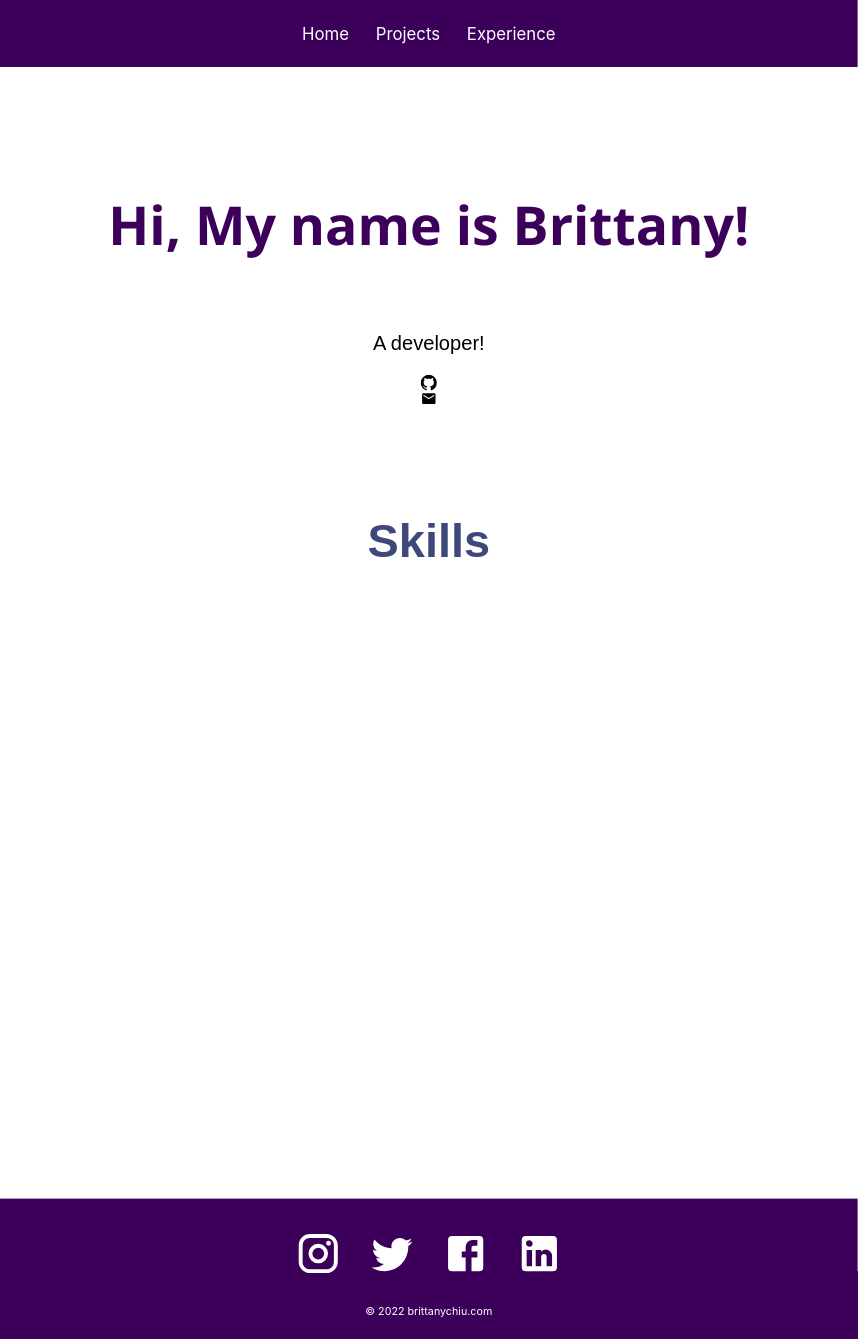
Repository: chiubacca94/chiufolio
Page: /
These files come from the project's save history. The page is drawn as it stood at one moment and after the next save; the edit follows.
The browser window is 1280 px wide. The pictures show the whole page, at 67% of full size.
The project was rebuilt for these pictures with package versions that can differ from the ones it lists, and the page was loaded fresh each time. Also part of the build but not shown: src/components/Projects/Projects.js, src/components/Experiences/Experiences.js.

Above is the page before, as saved 2022-07-04 04:25:02.

### src/App.js
import './App.css';
import { BrowserRouter as Router, Routes, Route } from 'react-router-dom';
import Navbar from './components/NavBar/Navbar';
import Home from './components/Home/Home';
import Projects from './components/Projects/Projects';
import Experiences from './components/Experiences/Experiences';
import Footer from './components/Footer/Footer';

function App() {
  return (
    <div className="App">
      <Router>
        <Navbar />
        <Routes>
          <Route path="/" element={ <Home /> }></Route>
          <Route path="/projects" element={ <Projects /> }></Route>
          <Route path="/" element={ <Experiences /> }></Route>
        </Routes>
        <Footer />
      </Router>
    </div>
  );
}

export default App;

### src/App.css
.App {
  text-align: center;
}

body {
  margin: 0px;
  padding: 0px;
}

### src/components/NavBar/Navbar.js
import React, {useEffect, useState} from "react";
import { Link, useLocation } from "react-router-dom";
import ReorderIcon from '@material-ui/icons/Reorder';
import "./Navbar.css"

function Navbar() {
    // NavBr States
    const [ expandNavbar, setExpandNavbar ] = useState(false)
    const location = useLocation();

    // use when location changes and set navbar to false
    useEffect(() => {
        setExpandNavbar(false);
    }, [location])

    return (
        // id will change based on state
        <div className="navbar" id={expandNavbar ? "open" : "close"}>
            <div className="toggleButton">
                <button onClick={() => { setExpandNavbar((prev) => !prev) }}>
                    <ReorderIcon></ReorderIcon>
                </button>
            </div>
            <div className="links">
                <Link to="/"> Home </Link>
                <Link to="/projects"> Projects </Link>
                <Link to="/experience"> Experience </Link>
            </div>
        </div>
    )
}

export default Navbar;

### src/components/Home/Home.js
import React from 'react'
import GitHubIcon from '@material-ui/icons/GitHub'
import EmailIcon from '@material-ui/icons/Email'

import './Home.css'

export default function Home() {
  return (
    <div className='home'>
        <div className='about'>
            <h2>Hi, My name is Brittany!</h2>
            <div className='prompt'><p> A developer!</p></div>
            <GitHubIcon />
            <EmailIcon />
        </div>
        <div className='skills'>
            <h1>Skills</h1>
            <ol className='list'>
                <li className='item'>
                    <h2>Full Stack Technologies</h2>
                    <span>Angular, AngularJS, React, HTML, CSS, SpringBoot, NodeJS, MongoDB, PostGres</span>
                </li>
                <li className='item'>
                    <h2>Automation, Orchestration, and Other Services</h2>
                    <span>AWS, Jenkins, Puppet, Git</span>
                </li>
                <li className='item'>
                    <h2>Programming Languages</h2>
                    <span>Python, JavaScript, TypeScript, Java, C++</span>
                </li>
            </ol>
        </div>
    </div>
  )
}

### src/components/Footer/Footer.js
import React from 'react';
import InstagramIcon  from '@material-ui/icons/Instagram';
import TwitterIcon from '@material-ui/icons/Twitter';
import FacebookIcon from '@material-ui/icons/Facebook';
import LinkedInIcon from '@material-ui/icons/LinkedIn';
import './Footer.css'

export default function Footer() {
  return (
    <div className='footer'>
        <div className='socialMedia'>
            <InstagramIcon />
            <TwitterIcon />
            <FacebookIcon />
            <LinkedInIcon />
        </div>
        <p>&copy; 2022 brittanychiu.com</p>
    </div>
  )
}

### src/components/NavBar/Navbar.css
.navbar {
    width: 100%;
    height: 100px;
    background: #3c005a;
  }

  .links {
    width: 100%;
    height: 100%;
    display: flex;
    align-items: center;
    justify-content: center;
    color: white;
  }

  .navbar a {
    color: white;
    text-decoration: none;
    margin: 20px;
    font-size: 25px;
  }

  .toggleButton {
    width: 100%;
    height: 100px;
    display: flex;
    align-items: center;
    justify-content: flex-end;
  }

  .toggleButton svg {
    font-size: 50px;
  }
  .toggleButton button {
    margin-right: 20px;
    background-color: transparent;
    border: none;
    color: white;
    cursor: pointer;
  }

  #open {
    height: 100vh;
  }

  #open .links {
    flex-direction: column;
    justify-content: flex-start;
    margin-top: 100px;
  }

  #open a {
    width: 100%;
    text-align: center;
  }

  @media only screen and (max-width: 900px) {
    .navbar a {
      width: 70px;
    }
  }

  @media only screen and (max-width: 600px) {
    .toggleButton {
      display: flex;
    }
    #close a {
      display: none;
    }
  }

  @media only screen and (min-width: 600px) {
    .toggleButton {
      display: none;
    }

    .hiddenLinks {
      display: none;
    }

    #open {
      height: 100px;
    }

    #open .links {
      flex-direction: row;
    }
  }

### src/components/Home/Home.css
.home {
    width: 100%;
    align-items: center;
    font-family: "Arial", sans-serif;
    /* color: #3e497a; */
    color: white;
  }

  .about {
    width: 100%;
    height: calc(100vh - 100px);
    display: flex;
    flex-direction: column;
    justify-content: center;
    align-items: center;
    text-align: center;
    /* background-color: #21325e; */
    color: black;
  }

  .about h2 {
    font-family: "Segoe UI", Tahoma, Geneva, Verdana, sans-serif;
    font-size: 80px;
    color: #3c005a;
    min-height: 50px;
  }

  .about .prompt {
    padding-top: 10px;
    width: 40%;
    font-size: 30px;
  }
  .prompt svg {
    font-size: 60px;
    margin: 5px;
    color: white;
  }

  .skills {
    font-size: 35px;
    width: 100%;
    display: flex;
    justify-content: center;
    flex-direction: column;
    align-items: center;
  }

  .skills h1 {
    color: #3e497a;
  }

  .skills .list {
    list-style: none;
    width: 60%;
  }

  .list span {
    font-size: 20px;
  }

  @media only screen and (max-width: 905px) {
    .about h2 {
      font-size: 60px;
    }

    .about .prompt {
      margin-top: 10px;
      font-size: 20px;
      width: 80%;
    }

    .skills {
      text-align: center;
    }
    .list {
      padding: 0;
    }

    .skills h2 {
      font-size: 30px;
    }
  }

  @media only screen and (max-width: 600px) {
    .about h2 {
      font-size: 40px;
    }

    .about .prompt {
      margin-top: 10px;
      font-size: 20px;
      width: 80%;
    }

    .skills {
      text-align: center;
    }
    .list {
      padding: 0;
    }

    .skills h2 {
      font-size: 30px;
    }
  }

### src/components/Footer/Footer.css
.footer {
    width: 100%;
    height: 200px;
    background: #3c005a;
    display: flex;
    justify-content: center;
    align-items: center;
    flex-direction: column;
    padding-top: 10px;
    margin-top: 200px;
  }

  .socialMedia svg {
    color: white;
    margin: 20px;
    font-size: 70px;
    cursor: pointer;
  }

  .footer p {
    color: white;
  }

  @media only screen and (max-width: 600px) {
    .footer svg {
      font-size: 50px;
    }
  }

Loaded but not shown: public/index.html (common file); src/index.js (common file); src/index.css (common file); src/reportWebVitals.js (common file)

After the next save:
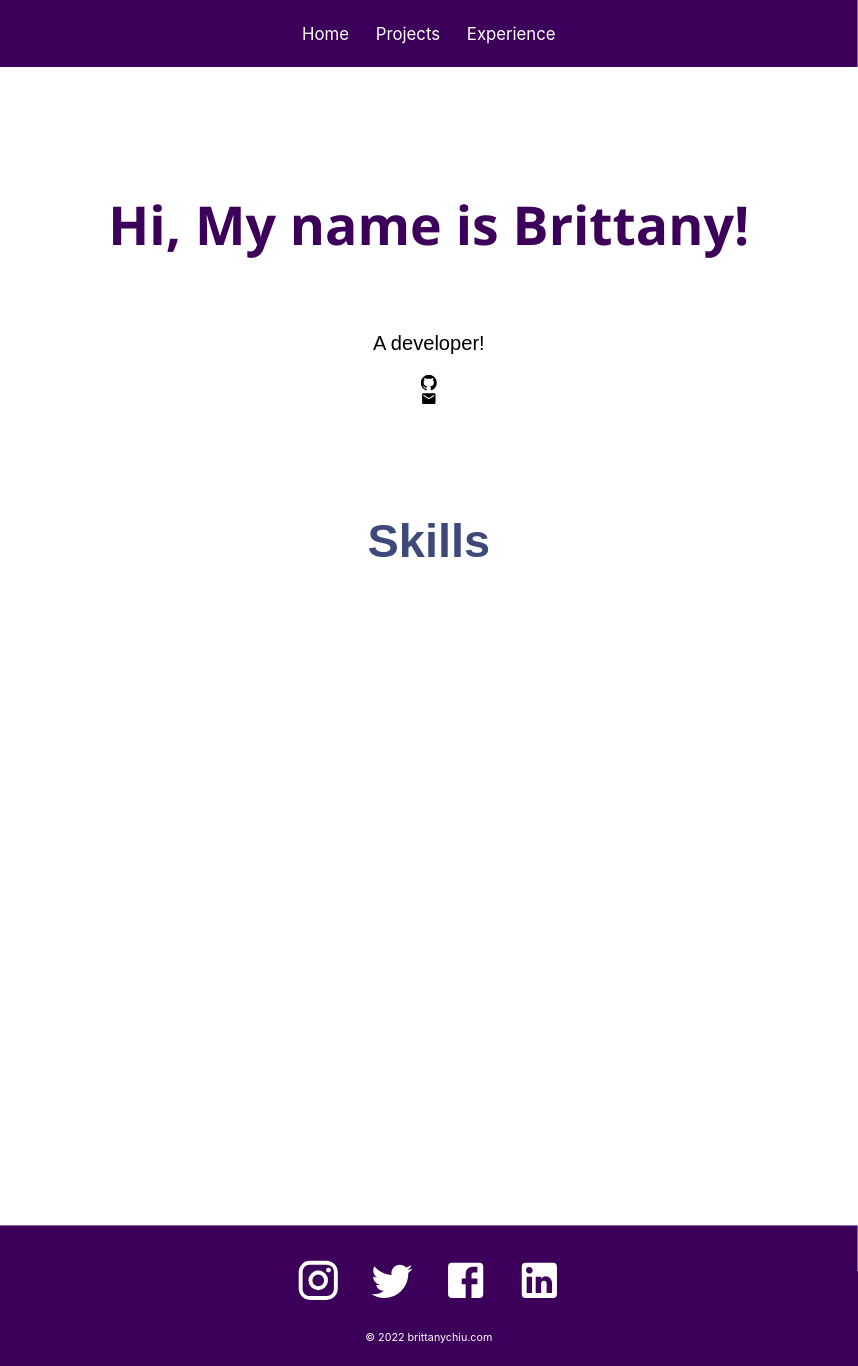
Saved 27 s later.
--- a/src/components/Home/Home.js
+++ b/src/components/Home/Home.js
@@ -19,7 +19,7 @@
                 <li className='item'>
                     <h2>Full Stack Technologies</h2>
                     <span>Angular, AngularJS, React, HTML, CSS, SpringBoot, NodeJS, MongoDB, PostGres</span>
-                </li>
+                </li>vvvv
                 <li className='item'>
                     <h2>Automation, Orchestration, and Other Services</h2>
                     <span>AWS, Jenkins, Puppet, Git</span>

After the save that followed:
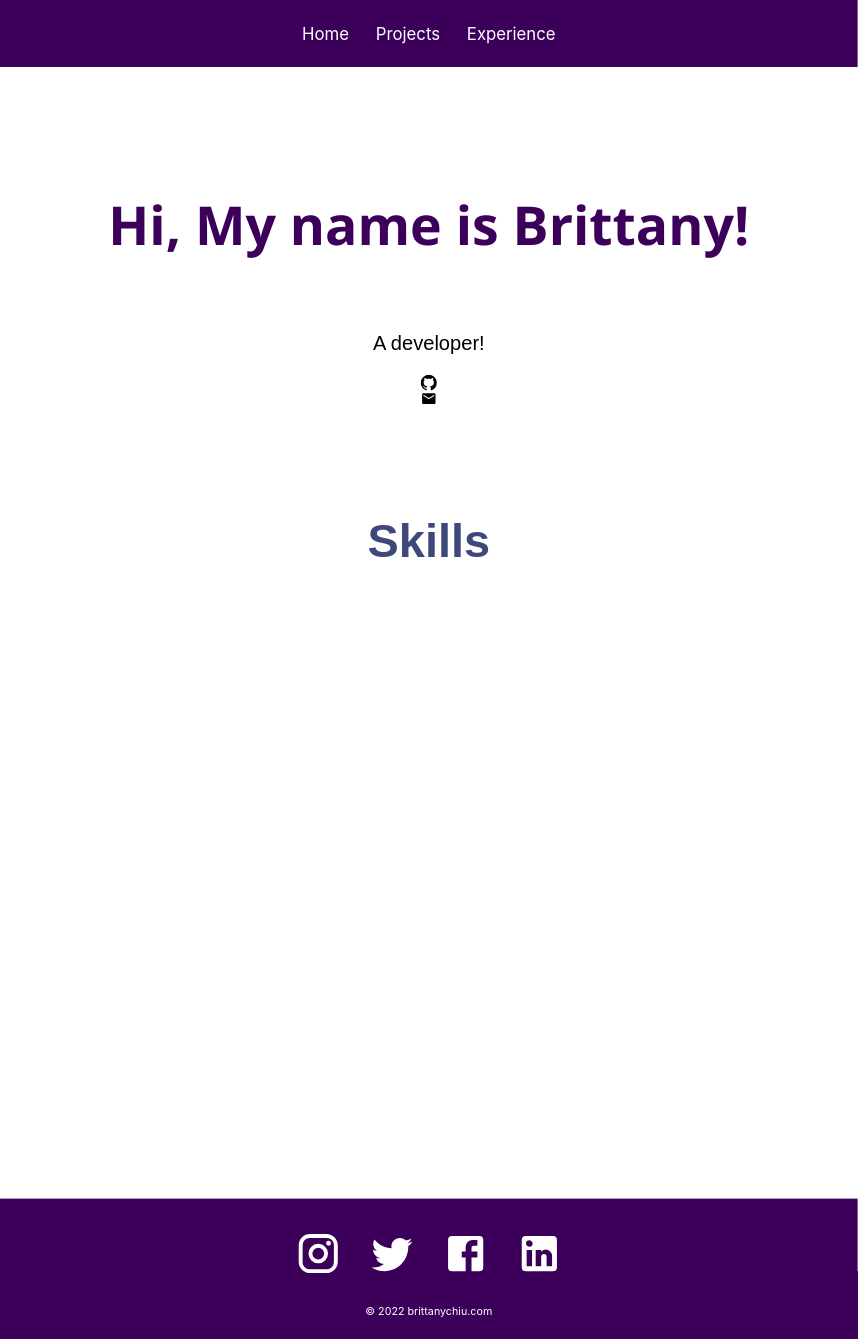
Saved 37 s later.
--- a/src/components/Home/Home.js
+++ b/src/components/Home/Home.js
@@ -19,7 +19,7 @@
                 <li className='item'>
                     <h2>Full Stack Technologies</h2>
                     <span>Angular, AngularJS, React, HTML, CSS, SpringBoot, NodeJS, MongoDB, PostGres</span>
-                </li>vvvv
+                </li>
                 <li className='item'>
                     <h2>Automation, Orchestration, and Other Services</h2>
                     <span>AWS, Jenkins, Puppet, Git</span>
